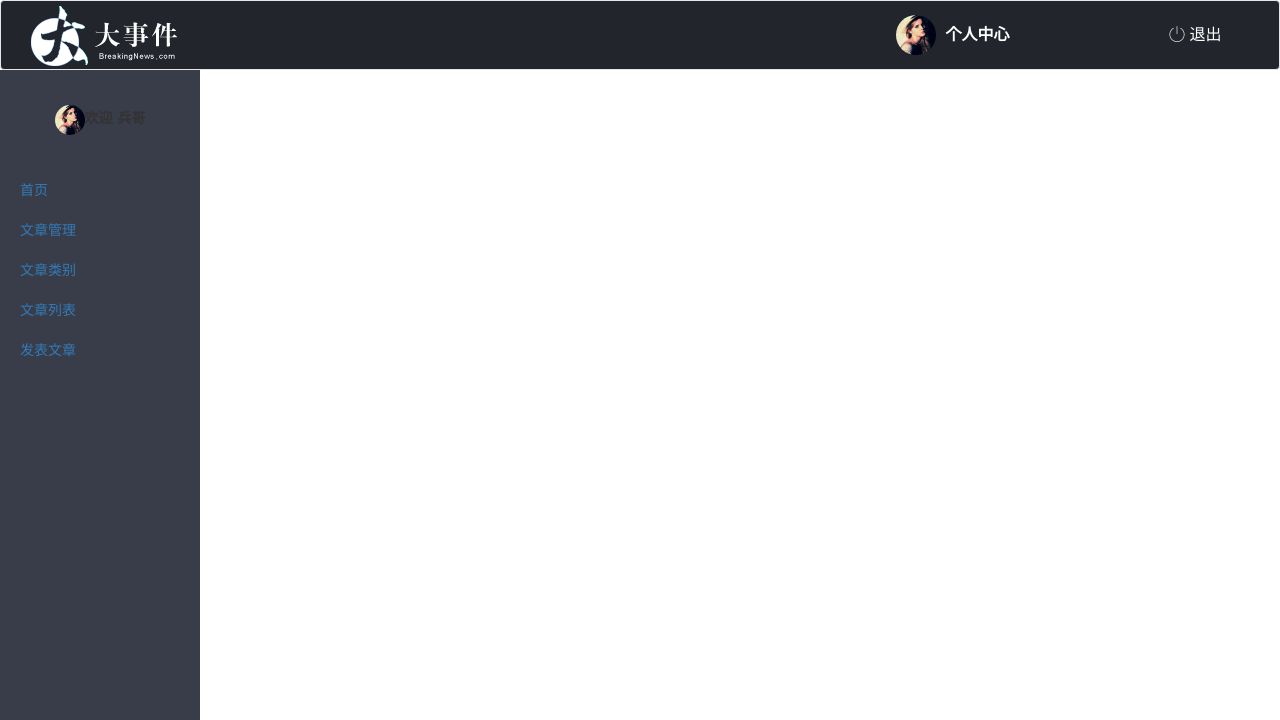
Repository: pursuit-YHP/project_dashijian
Page: index.html
An editor plug-in stored every save of this project. The page is shown before and after the next save, followed by the edit.
The browser window is 1280 px wide. The pictures show the whole page.
The style sheet was rebuilt from its Sass, Less or Tailwind sources for each picture, by a compiler version that may differ from the author's.

Above is the page before, as saved 2022-03-13 20:30:07.

After the next save:
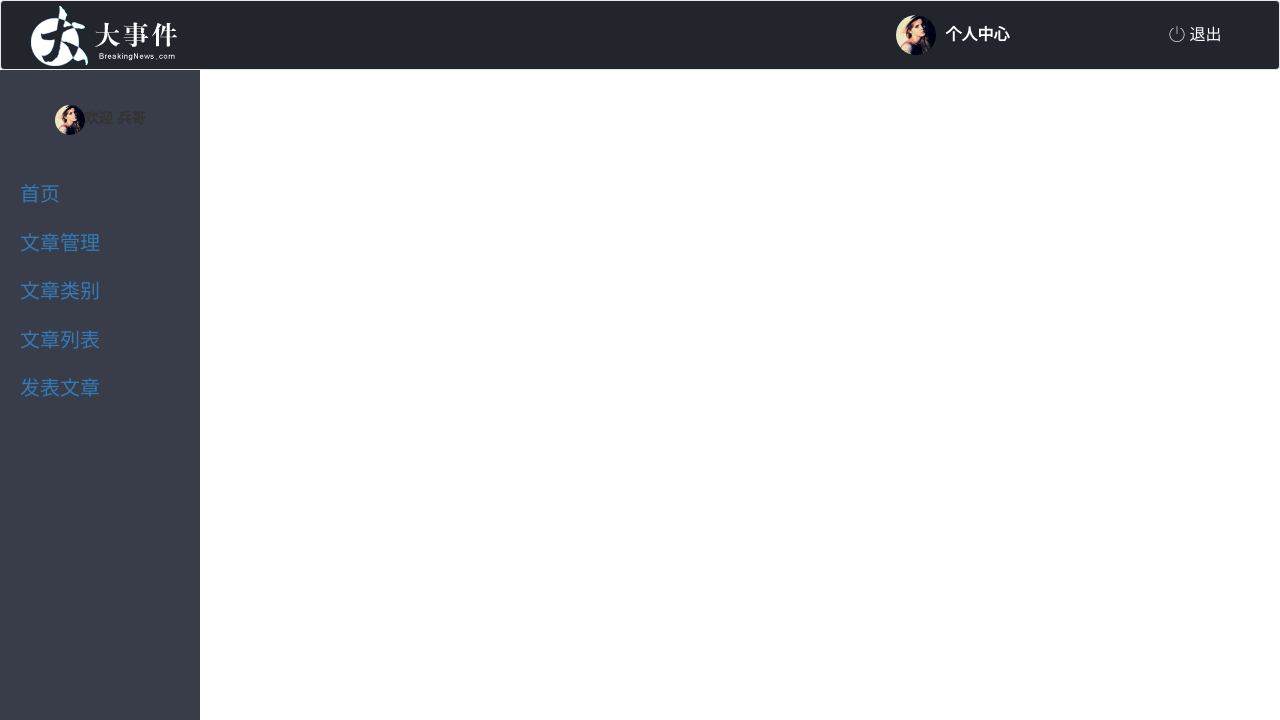
Saved 36 s later.
--- a/assets/css/index.less
+++ b/assets/css/index.less
@@ -1,6 +1,10 @@
 *{
     padding: 0;
     margin: 0;
+}
+a{
+    text-decoration: none;
+    color: white;
 }
 .navbar-default{
     height: 70px;
@@ -76,5 +80,6 @@ aside{
 .aside_body{
     li{
         padding: 10px 20px;
+        font-size: 20px;
     }
 }
